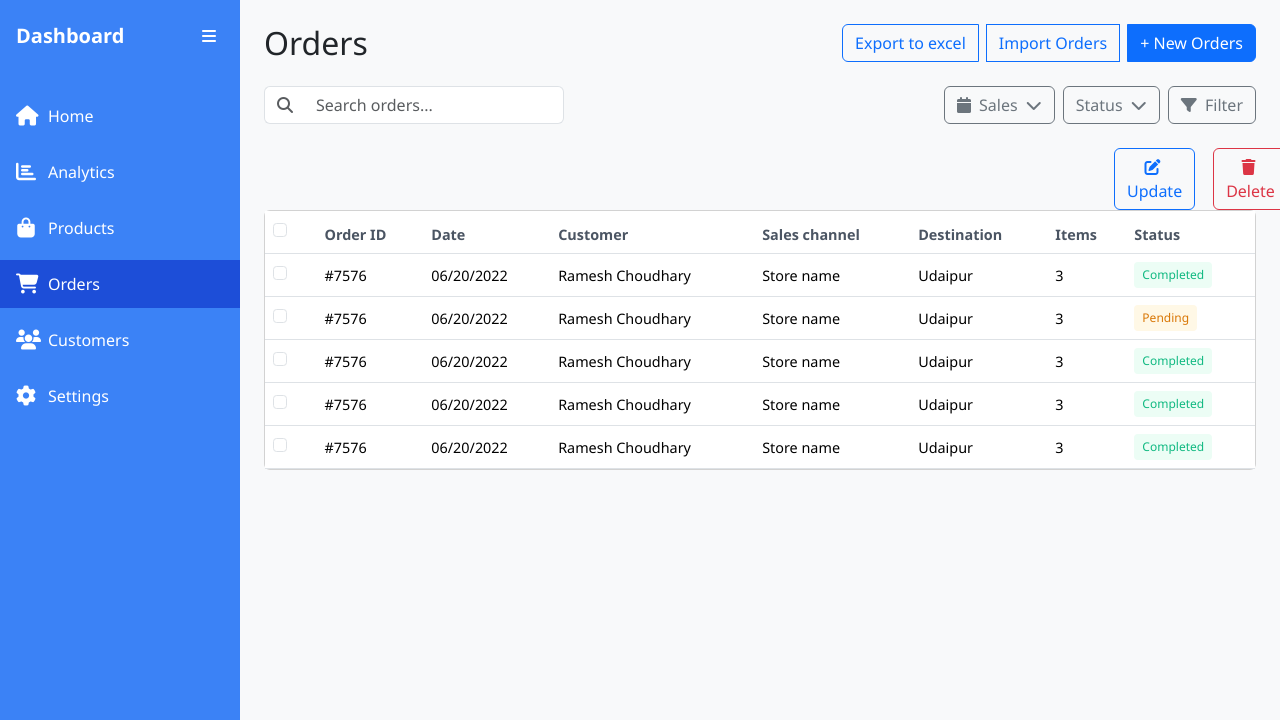
Repository: AditiAjitSalvi/Inventory_Managment
Page: Inventory_Managment_System/Inventory/src/main/webapp/Order.html
These files come from the project's save history. The page is drawn as it stood at one moment and after the next save; the edit follows.
The browser window is 1280 px wide. The pictures show the whole page.

Above is the page before, as saved 2025-05-22 16:10:06.
Console error: TypeError: Cannot read properties of null (reading 'getContext')

### Inventory_Managment_System/Inventory/src/main/webapp/Order.html

<!DOCTYPE html>
<html lang="en">
<head>
<meta charset="UTF-8">
<meta name="viewport" content="width=device-width, initial-scale=1.0">
<title>Orders</title>
<!-- Bootstrap CSS -->
<link
	href="https://cdn.jsdelivr.net/npm/bootstrap@5.3.2/dist/css/bootstrap.min.css"
	rel="stylesheet">
<!-- Font Awesome for icons -->
<link rel="stylesheet"
	href="https://cdnjs.cloudflare.com/ajax/libs/font-awesome/6.4.2/css/all.min.css">
<!-- Custom CSS -->
<style>
/* Main Layout */
body {
	margin: 0;
	padding: 0;
	background-color: #f8f9fa;
	font-family: 'Segoe UI', Tahoma, Geneva, Verdana, sans-serif;
}

.dashboard-container {
	display: flex;
	min-height: 100vh;
}

/* Sidebar Styles */
.sidebar {
	width: 240px;
	background-color: #3b82f6; /* Blue 600 equivalent */
	color: white;
	transition: all 0.3s ease-in-out;
	display: flex;
	flex-direction: column;
}

.sidebar.collapsed {
	width: 64px;
}

.sidebar-header {
	display: flex;
	justify-content: space-between;
	align-items: center;
	padding: 16px;
}

.sidebar-title {
	font-size: 1.25rem;
	font-weight: bold;
	margin: 0;
}

.sidebar-toggle {
	background: transparent;
	border: none;
	color: white;
	cursor: pointer;
	padding: 8px;
}

.sidebar-toggle:hover {
	background-color: rgba(255, 255, 255, 0.1);
	border-radius: 4px;
}

.sidebar-menu {
	display: flex;
	flex-direction: column;
	padding-top: 16px;
}

.sidebar-link {
	display: flex;
	align-items: center;
	padding: 12px 16px;
	text-decoration: none;
	color: white;
	margin: 4px 0;
	transition: background-color 0.2s;
}

.sidebar-link:hover {
	background-color: #2563eb; /* Blue 700 equivalent */
	color: white;
}

.sidebar-link.active {
	background-color: #1d4ed8; /* Blue 800 equivalent */
	color: white;
}

.sidebar-link i {
	font-size: 1.25rem;
	width: 20px;
	text-align: center;
}

.sidebar-link .link-text {
	margin-left: 12px;
	white-space: nowrap;
}

.sidebar.collapsed .sidebar-title, .sidebar.collapsed .link-text {
	display: none;
}

/* Main Content */
.main-content {
	flex: 1;
	padding: 24px;
	overflow-y: auto;
}

/* Stat Cards */
.stat-card {
	border-radius: 8px;
	border: 1px solid rgba(0, 0, 0, 0.125);
	box-shadow: 0 1px 3px rgba(0, 0, 0, 0.1);
}

.stat-icon {
	font-size: 1.25rem;
	color: #6b7280; /* Text muted equivalent */
}

.stat-title {
	font-size: 0.875rem;
	color: #6b7280; /* Text muted equivalent */
	margin-bottom: 4px;
}

.stat-value {
	font-size: 1.5rem;
	font-weight: bold;
	margin: 0;
}

/* Chart Container */
.chart-container {
	height: 320px;
	width: 100%;
}

/* Product Visualization */
.product-visualization {
	height: 256px;
	background-color: #312e81; /* Indigo 950 equivalent */
	border-radius: 50%;
}

/* Status Badges */
.status {
	padding: 4px 8px;
	border-radius: 4px;
	font-size: 0.75rem;
	font-weight: 500;
	display: inline-block;
	text-align: center;
}

.status.pending {
	background-color: #fff8e6;
	color: #d97706; /* Amber 500 equivalent */
}

.status.urgent {
	background-color: #fef2f2;
	color: #ef4444; /* Red 500 equivalent */
}

.status.completed {
	background-color: #ecfdf5;
	color: #10b981; /* Green 500 equivalent */
}

/* Orders Page Styles */
.orders-container {
	max-width: 100%;
	margin: 0 auto;
}

.search-wrapper {
	width: 300px;
}

.order-table {
	font-size: 0.9rem;
}

.order-table th {
	font-weight: 600;
	color: #4b5563;
	border-bottom-width: 1px;
}

.order-table td {
	vertical-align: middle;
}

.order-table .form-check {
	margin: 2;
}

/* Responsive Adjustments */
@media ( max-width : 768px) {
	.sidebar {
		width: 64px;
	}
	.sidebar .sidebar-title, .sidebar .link-text {
		display: none;
	}
	.main-content {
		padding: 16px;
	}
	.orders-container .btn-group {
		display: flex;
		flex-direction: column;
	}
	.orders-container .btn-group .btn {
		margin-bottom: 8px;
		margin-right: 0 !important;
	}
	.search-wrapper {
		width: 100%;
		margin-bottom: 16px;
	}
}

.action-buttons {
	position: absolute;
	right: 20px;
	top: 150px;
	display: flex;
	gap: 10px;
}

@media ( max-width : 992px) {
	.orders-container .d-flex {
		flex-direction: column;
	}
	.orders-container .d-flex .btn {
		margin-bottom: 8px;
	}
}

.card:hover {
	transform: translateY(-5px);
	box-shadow: 0 10px 20px rgba(0, 0, 0, 0.1);
	transition: 0.3s ease;
}
</style>
</head>
<body>
	<div class="dashboard-container">
		<!-- Sidebar -->
		<div class="sidebar" id="sidebar">
			<div class="sidebar-header">
				<h2 class="sidebar-title">Dashboard</h2>
				<button class="btn sidebar-toggle" id="sidebarToggle">
					<i class="fa fa-bars"></i>
				</button>
			</div>
			<div class="sidebar-menu">
				<a href="index.html" class="sidebar-link"> <i class="fa fa-home"></i>
					<span class="link-text">Home</span>
				</a> <a href="#" class="sidebar-link"> <i class="fa fa-chart-bar"></i>
					<span class="link-text">Analytics</span>
				</a> <a href="#" class="sidebar-link"> <i class="fa fa-shopping-bag"></i>
					<span class="link-text">Products</span>
				</a> <a href="orders.html" class="sidebar-link active"> <i
					class="fa fa-shopping-cart"></i> <span class="link-text">Orders</span>
				</a> <a href="#" class="sidebar-link"> <i class="fa fa-users"></i> <span
					class="link-text">Customers</span>
				</a> <a href="#" class="sidebar-link"> <i class="fa fa-cog"></i> <span
					class="link-text">Settings</span>
				</a>
			</div>
		</div>

		<!-- Main Content -->
		<div class="main-content">
			<div class="orders-container">
				<div class="d-flex justify-content-between align-items-center mb-4">
					<h2 class="m-0">Orders</h2>
					<div class="btn-group">
						<button class="btn btn-outline-primary me-2">Export to
							excel</button>
						<button class="btn btn-outline-primary me-2">Import
							Orders</button>
						<button class="btn btn-primary">+ New Orders</button>
					</div>
				</div>

				<div class="d-flex justify-content-between align-items-center mb-4">
					<div class="search-wrapper">
						<div class="input-group">
							<span class="input-group-text bg-white border-end-0"> <i
								class="fa fa-search text-muted"></i>
							</span> <input type="text" class="form-control border-start-0"
								placeholder="Search orders...">
						</div>
					</div>
					<div class="d-flex">
						<button class="btn btn-outline-secondary me-2">
							<i class="fa fa-calendar me-1"></i> <span>Sales</span> <i
								class="fa fa-chevron-down ms-1"></i>
						</button>
						<button class="btn btn-outline-secondary me-2">
							<span>Status</span> <i class="fa fa-chevron-down ms-1"></i>
						</button>
						<button class="btn btn-outline-secondary">
							<i class="fa fa-filter me-1"></i> <span>Filter</span>
						</button>
					</div>
				</div>
				<div class="d-flex"
					style="right: 50px; top: 150px; display: flex; gap: 10px;margin-left:850px;">
					<button class="btn btn-outline-primary me-2">
						<i class="fa fa-edit me-1"></i> <span>Update</span>
					</button>
					<button class="btn btn-outline-danger">
						<i class="fa fa-trash me-1"></i> <span>Delete</span>
					</button>
				</div>


				<div class="card">
					<div class="card-body p-0">
						<div class="table-responsive">
							<table class="table order-table mb-0">
								<thead>
									<tr>
										<th>
											<div class="form-check">
												<input class="form-check-input" type="checkbox"
													id="selectAll"> <label class="form-check-label"
													for="selectAll"></label>
											</div>
										</th>
										<th>Order ID</th>
										<th>Date</th>
										<th>Customer</th>
										<th>Sales channel</th>
										<th>Destination</th>
										<th>Items</th>
										<th>Status</th>
									</tr>
								</thead>
								<tbody>
									<tr>
										<td>
											<div class="form-check">
												<input class="form-check-input" type="checkbox"> <label
													class="form-check-label"></label>
											</div>
										</td>
										<td>#7576</td>
										<td>06/20/2022</td>
										<td>Ramesh Choudhary</td>
										<td>Store name</td>
										<td>Udaipur</td>
										<td>3</td>
										<td><span class="status completed">Completed</span></td>
									</tr>
									<tr>
										<td>
											<div class="form-check">
												<input class="form-check-input" type="checkbox"> <label
													class="form-check-label"></label>
											</div>
										</td>
										<td>#7576</td>
										<td>06/20/2022</td>
										<td>Ramesh Choudhary</td>
										<td>Store name</td>
										<td>Udaipur</td>
										<td>3</td>
										<td><span class="status pending">Pending</span></td>
									</tr>
									<tr>
										<td>
											<div class="form-check">
												<input class="form-check-input" type="checkbox"> <label
													class="form-check-label"></label>
											</div>
										</td>
										<td>#7576</td>
										<td>06/20/2022</td>
										<td>Ramesh Choudhary</td>
										<td>Store name</td>
										<td>Udaipur</td>
										<td>3</td>
										<td><span class="status completed">Completed</span></td>
									</tr>
									<tr>
										<td>
											<div class="form-check">
												<input class="form-check-input" type="checkbox"> <label
													class="form-check-label"></label>
											</div>
										</td>
										<td>#7576</td>
										<td>06/20/2022</td>
										<td>Ramesh Choudhary</td>
										<td>Store name</td>
										<td>Udaipur</td>
										<td>3</td>
										<td><span class="status completed">Completed</span></td>
									</tr>
									<tr>
										<td>
											<div class="form-check">
												<input class="form-check-input" type="checkbox"> <label
													class="form-check-label"></label>
											</div>
										</td>
										<td>#7576</td>
										<td>06/20/2022</td>
										<td>Ramesh Choudhary</td>
										<td>Store name</td>
										<td>Udaipur</td>
										<td>3</td>
										<td><span class="status completed">Completed</span></td>
									</tr>
								</tbody>
							</table>
						</div>
					</div>
				</div>
			</div>
		</div>
	</div>

	<!-- Bootstrap Bundle with Popper -->
	<script
		src="https://cdn.jsdelivr.net/npm/bootstrap@5.3.2/dist/js/bootstrap.bundle.min.js"></script>
	<!-- Custom JS -->

	<script>
 // Wait for the DOM to be fully loaded
    document.addEventListener('DOMContentLoaded', function() {
        // Sidebar toggle functionality
        const sidebarToggle = document.getElementById('sidebarToggle');
        const sidebar = document.getElementById('sidebar');

        sidebarToggle.addEventListener('click', function() {
            sidebar.classList.toggle('collapsed');
        });

        // Check if we're on mobile
        function checkMobile() {
            if (window.innerWidth < 768) {
                sidebar.classList.add('collapsed');
            } else {
                sidebar.classList.remove('collapsed');
            }
        }

        // Initial check
        checkMobile();

        // Listen for window resize
        window.addEventListener('resize', checkMobile);

        // Initialize Sales Chart
        const salesChartCtx = document.getElementById('salesChart').getContext('2d');
        const salesChart = new Chart(salesChartCtx, {
            type: 'bar',
            data: {
                labels: ['Jan', 'Feb', 'Mar', 'Apr'],
                datasets: [
                    {
                        label: 'Previous',
                        data: [65, 75, 85, 90],
                        backgroundColor: '#FFD700', // Gold color
                    },
                    {
                        label: 'Current',
                        data: [80, 65, 70, 75],
                        backgroundColor: '#6366F1', // Indigo color
                    }
                ]
            },
            options: {
                responsive: true,
                maintainAspectRatio: false,
                scales: {
                    y: {
                        beginAtZero: true,
                        grid: {
                            drawBorder: false,
                            color: 'rgba(200, 200, 200, 0.2)',
                        }
                    },
                    x: {
                        grid: {
                            display: false
                        }
                    }
                },
                plugins: {
                    legend: {
                        position: 'top',
                    }
                }
            }
        });
    });
    document.addEventListener('DOMContentLoaded', function() {
        // Select all checkbox functionality
        const selectAllCheckbox = document.getElementById('selectAll');
        if (selectAllCheckbox) {
            selectAllCheckbox.addEventListener('change', function() {
                const checkboxes = document.querySelectorAll('table .form-check-input');
                checkboxes.forEach(checkbox => {
                    checkbox.checked = selectAllCheckbox.checked;
                });
            });
        }

        // Individual checkbox change handler
        const checkboxes = document.querySelectorAll('table .form-check-input:not(#selectAll)');
        checkboxes.forEach(checkbox => {
            checkbox.addEventListener('change', function() {
                const allChecked = Array.from(checkboxes).every(cb => cb.checked);
                const someChecked = Array.from(checkboxes).some(cb => cb.checked);

                if (selectAllCheckbox) {
                    selectAllCheckbox.checked = allChecked;
                    selectAllCheckbox.indeterminate = someChecked && !allChecked;
                }
            });
        });

        // Search functionality
        const searchInput = document.querySelector('.search-wrapper input');
        if (searchInput) {
            searchInput.addEventListener('input', function() {
                const searchText = searchInput.value.toLowerCase();
                const rows = document.querySelectorAll('tbody tr');

                rows.forEach(row => {
                    const text = row.textContent.toLowerCase();
                    if (text.includes(searchText)) {
                        row.style.display = '';
                    } else {
                        row.style.display = 'none';
                    }
                });
            });
        }
    });
    </script>
</body>
</html>

After the next save:
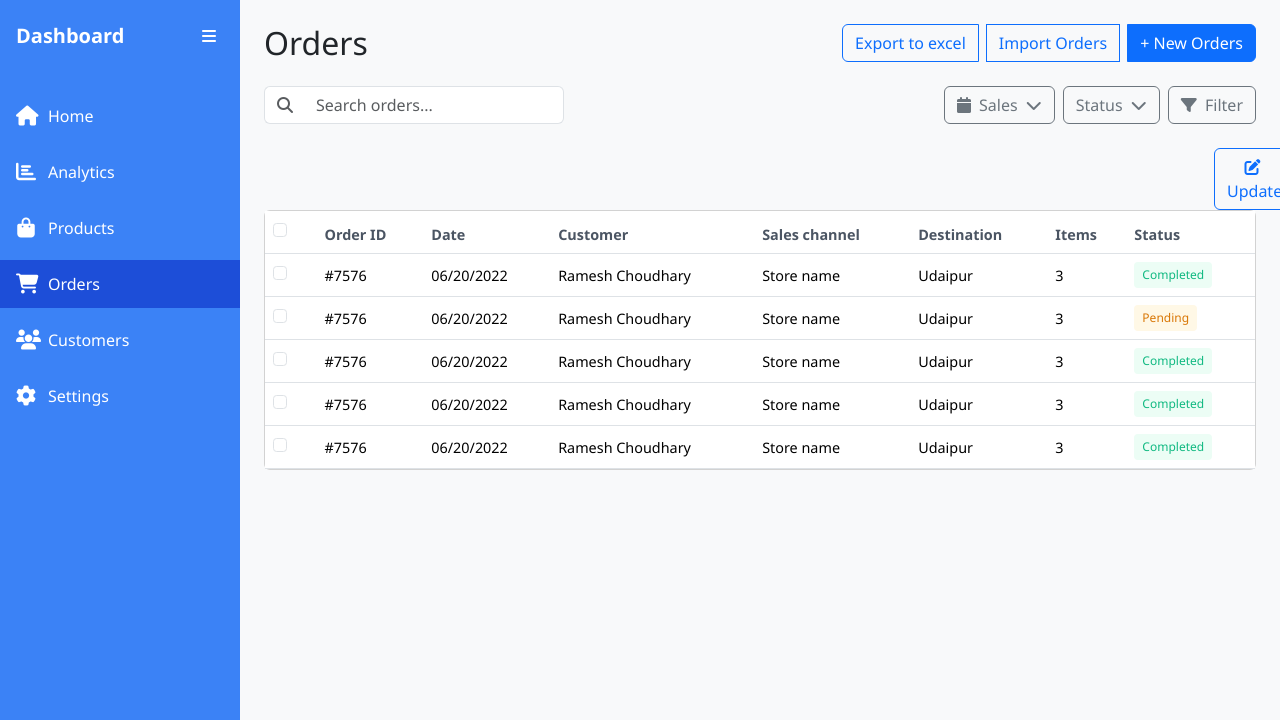
Saved 10 s later.
--- a/Inventory_Managment_System/Inventory/src/main/webapp/Order.html
+++ b/Inventory_Managment_System/Inventory/src/main/webapp/Order.html
@@ -318,7 +318,7 @@ body {
 					</div>
 				</div>
 				<div class="d-flex"
-					style="right: 50px; top: 150px; display: flex; gap: 10px;margin-left:850px;">
+					style="right: 50px; top: 150px; display: flex; gap: 10px;margin-left:950px;">
 					<button class="btn btn-outline-primary me-2">
 						<i class="fa fa-edit me-1"></i> <span>Update</span>
 					</button>
